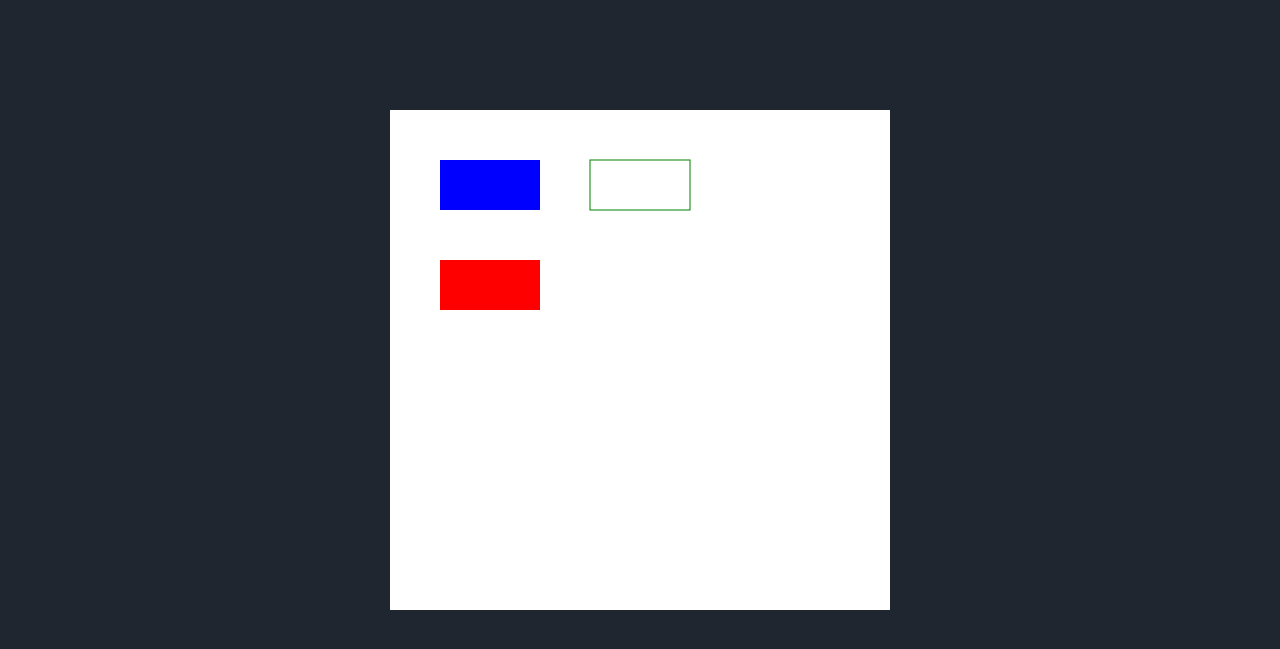
Repository: thecodeholic/cst-javascript-course
Page: /
An editor plug-in stored every save of this project. The page is shown before and after the next save, followed by the edit.
The browser window is 1280 px wide. The pictures show the whole page.
The project was rebuilt for these pictures with package versions that can differ from the ones it lists, and the page was loaded fresh each time.

Above is the page before, as saved 2020-11-25 09:37:47.

### index.html
<!doctype html>
<html lang="en">
  <head>
    <!-- Required meta tags -->
    <meta charset="utf-8">
    <meta name="viewport" content="width=device-width, initial-scale=1, shrink-to-fit=no">

    <!-- Bootstrap CSS -->
    <link rel="stylesheet" href="https://stackpath.bootstrapcdn.com/bootstrap/4.5.2/css/bootstrap.min.css" integrity="sha384-JcKb8q3iqJ61gNV9KGb8thSsNjpSL0n8PARn9HuZOnIxN0hoP+VmmDGMN5t9UJ0Z" crossorigin="anonymous">

    <title>Javascript Course</title>

    <link rel="stylesheet" href="app.css">
  </head>
  <body>
    <canvas id="myCanvas" width="500" height="500">Your browser does not support canvas</canvas>
    <script src="app.js"></script>
    <!-- <script src="homework.js"></script> -->
  </body>
</html>

### app.css
* {
    box-sizing: border-box;
}
html {
    height: 100%;
}

body {
    background-color: rgb(31, 38, 48);
    display: flex;
    align-items: center;
    justify-content: center;
    height: 100%;;
}

canvas {
    background-color: #FFF;

}

### app.js
// What is canvas?
// https://developer.mozilla.org/en-US/docs/Web/API/Canvas_API/Tutorial
// https://www.w3schools.com/html/html5_canvas.asp
// https://www.w3schools.com/graphics/canvas_intro.asp
// https://www.w3schools.com/graphics/canvas_reference.asp
// https://developer.mozilla.org/en-US/docs/Web/API/Canvas_API

// How to create it and use it
const canvas = document.getElementById('myCanvas');
const ctx = canvas.getContext('2d');

// Draw rectangles
// =================
// fillRect
ctx.fillStyle = 'blue';
ctx.fillRect(50, 50, 100, 50);
ctx.fillStyle = 'red';
ctx.fillRect(50, 150, 100, 50)

// strokeRect
ctx.strokeStyle = 'green';
ctx.strokeRect(200, 50, 100, 50);

// clearRect

// fillText

// strokeText

// Paths   beginPath, moveTo, lineTo, closePath, stroke, fill
// ==============

// Arcs
// ====================

// Draw image
// ====================

// Write text
// ====================

// Ball animation

Loaded but not shown: src/index.js (no copy from this time; the picture is the same without it)

After the next save:
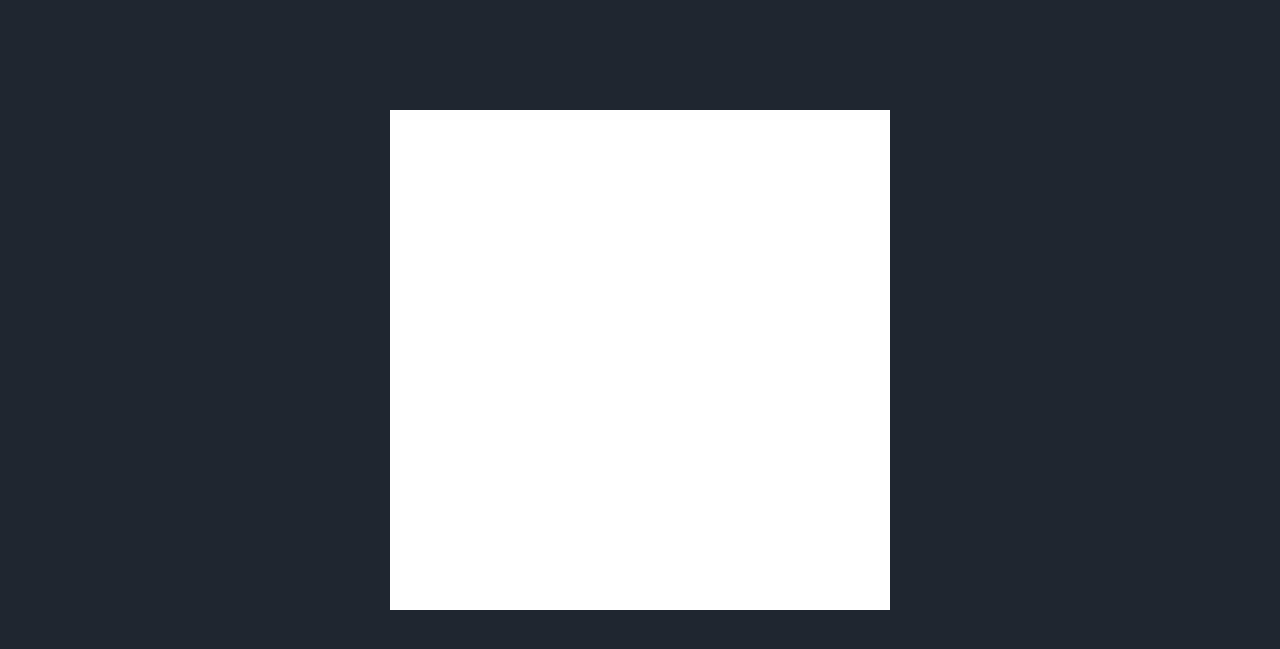
Saved 64 s later.
--- a/app.js
+++ b/app.js
@@ -22,6 +22,7 @@ ctx.strokeStyle = 'green';
 ctx.strokeRect(200, 50, 100, 50);
 
 // clearRect
+ctx.clearRect(0, 0, canvas.width, canvas.height);
 
 // fillText
 
